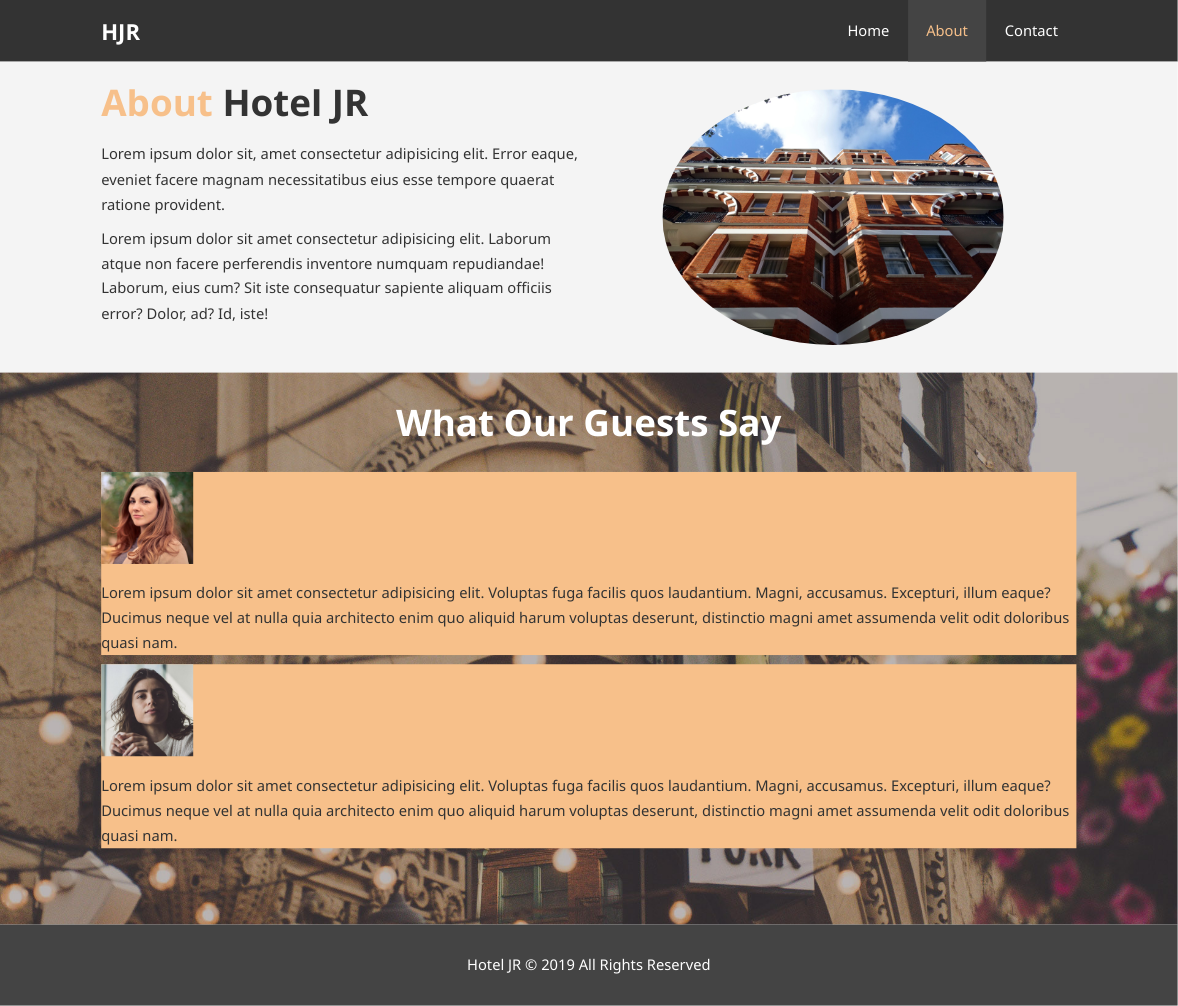
Repository: dimlutine/Hotel-Project
Page: about.html
These files come from the project's save history. The page is drawn as it stood at one moment and after the next save; the edit follows.
The browser window is 1280 px wide. The pictures show the whole page, at 92% of full size.

Above is the page before, as saved 2019-07-05 22:57:09.

### about.html
<!DOCTYPE html>
<html lang="en">

<head>
    <meta charset="UTF-8">
    <meta name="viewport" content="width=device-width, initial-scale=1.0">
    <meta http-equiv="X-UA-Compatible" content="ie=edge">
    <meta name="description" content="Welcome to the neatest hotel in Durham, North Carolina!">
    <meta name="keywords" content="hotel,durham hotel, north carolina hotel, rdu hotel">
    <link rel="stylesheet" href="css/style.css">
    <title>Hotel JR | About</title>
</head>

<body>
    <header>
        <nav id="navbar">
            <div class="container">
                <h1 class="logo"><a href="index.html">HJR</a></h1>
                <ul>
                    <li><a href="index.html">Home</a></li>
                    <li><a class="current" href="about.html">About</a></li>
                    <li><a href="contact.html">Contact</a></li>
                </ul>
            </div>

        </nav>

    </header>
    <section id="about-info" class="bg-light py-3">
        <div class="container">
            <div class="info-left">
                <h1 class="l-heading"><span class="text-primary">About</span> Hotel JR</h1>
                <p>Lorem ipsum dolor sit, amet consectetur adipisicing elit. Error eaque, eveniet facere magnam necessitatibus eius esse tempore quaerat ratione provident.</p>
                <p>Lorem ipsum dolor sit amet consectetur adipisicing elit. Laborum atque non facere perferendis inventore numquam repudiandae! Laborum, eius cum? Sit iste consequatur sapiente aliquam officiis error? Dolor, ad? Id, iste!</p>
            </div>
            <div class="info-right">
                <img src="./img/photo-2.jpg" alt="hotel">
            </div>
        </div>
    </section>
    <div class="clr"></div>
    <section id="testimonials" class="py-3">
        <div class="container">
            <h2 class="l-heading">What Our Guests Say</h2>
            <div class="testimonial bg-primary">
                <img src="./img/person-1.jpg" alt="Some Chick">
                <p>Lorem ipsum dolor sit amet consectetur adipisicing elit. Voluptas fuga facilis quos laudantium. Magni, accusamus. Excepturi, illum eaque? Ducimus neque vel at nulla quia architecto enim quo aliquid harum voluptas deserunt, distinctio magni
                    amet assumenda velit odit doloribus quasi nam.</p>

            </div>
            <div class="testimonial bg-primary">
                <img src="./img/person-2.jpg" alt="Some Other Chick">
                <p>Lorem ipsum dolor sit amet consectetur adipisicing elit. Voluptas fuga facilis quos laudantium. Magni, accusamus. Excepturi, illum eaque? Ducimus neque vel at nulla quia architecto enim quo aliquid harum voluptas deserunt, distinctio magni
                    amet assumenda velit odit doloribus quasi nam.</p>

            </div>
        </div>
    </section>
    <footer id="main-footer">
        <p>Hotel JR &copy; 2019 All Rights Reserved</p>
    </footer>
</body>

</html>

### css/style.css
* {
    padding: 0;
    margin: 0;
    box-sizing: border-box;
}

html,
body {
    font-family: 'Segoe UI', 'Segoe UI', Tahoma, Geneva, Verdana, sans-serif;
    line-height: 1.7em;
}

a {
    color: #333;
    text-decoration: none;
}

h1,
h2,
h3 {
    padding-bottom: 20px;
}

p {
    margin: 10px 0;
}


/* Utilities */

.container {
    margin: auto;
    max-width: 1100px;
    overflow: auto;
    padding: 0 20px;
}

.text-primary {
    color: #f7c08a;
}

.lead {
    font-size: 20px;
}

.btn {
    display: inline-block;
    font-size: 18px;
    color: #fff;
    background: #333;
    padding: 13px 20px;
    border: none;
    cursor: pointer;
}

.btn:hover {
    background: #f7c08a;
    color: #333;
}

.btn-light {
    background: #f4f4f4;
    color: #333;
}

.bg-dark {
    background: #333;
    color: #fff;
}

.bg-light {
    background: #f4f4f4;
    color: #333;
}

.bg-primary {
    background: #f7c08a;
    color: #333;
}

.clr {
    clear: both;
}

.l-heading {
    font-size: 40px;
}


/* Padding */

.py-1 {
    padding: 10px 0;
}

.py-2 {
    padding: 20px 0;
}

.py-3 {
    padding: 30px 0;
}

#navbar {
    background: #333;
    color: #fff;
    overflow: auto;
}

#navbar a {
    color: #fff;
}

#navbar h1 {
    float: left;
    padding-top: 20px;
}

#navbar ul {
    float: right;
    list-style: none;
}

#navbar ul li {
    float: left;
}

#navbar ul li a {
    display: block;
    padding: 20px;
    text-align: center;
}

#navbar ul li a:hover,
#navbar ul li a.current {
    background: #444;
    color: #f7c08a;
}


/* Showcase */

#showcase {
    background: url('../img/showcase.jpg') no-repeat center center/cover;
    height: 600px;
}

#showcase .showcase-content {
    color: #fff;
    text-align: center;
    padding-top: 170px;
}

#showcase .showcase-content h1 {
    font-size: 60px;
    line-height: 1.2em;
}

#showcase .showcase-content p {
    padding-bottom: 20px;
    line-height: 1.7em;
}


/* Home Info */

#home-info {
    height: 400px;
}

#home-info .info-img {
    float: left;
    width: 50%;
    background: url('../img/photo-1.jpg') no-repeat;
    min-height: 100%;
}

#home-info .info-content {
    float: right;
    width: 50%;
    height: 100%;
    text-align: center;
    padding: 50px 30px;
    overflow: hidden;
}

#home-info .info-content p {
    padding-bottom: 30px;
}


/*Features*/

.box {
    float: left;
    width: 33.3%;
    padding: 50px;
    text-align: center;
}

.box i {
    margin-bottom: 10px;
}


/* About Info*/

#about-info .info-right {
    float: right;
    width: 50%;
    min-height: 100%;
}

#about-info .info-right img {
    width: 70%;
    display: block;
    margin: auto;
    border-radius: 50%;
}

#about-info .info-left {
    float: left;
    width: 50%;
    min-height: 100%;
}


/* Testimonials */

#testimonials h2 {
    color: #fff;
    text-align: center;
    padding-bottom: 40px;
}

#testimonials {
    height: 600px;
    background: url('../img/test-bg.jpg') no-repeat center center/cover;
    padding-top: 40px;
}

#testimonials .testimonial img {
    width: 100px;
}


/* Footer */

#main-footer {
    text-align: center;
    background: #444;
    color: #fff;
    padding: 20px;
}

After the next save:
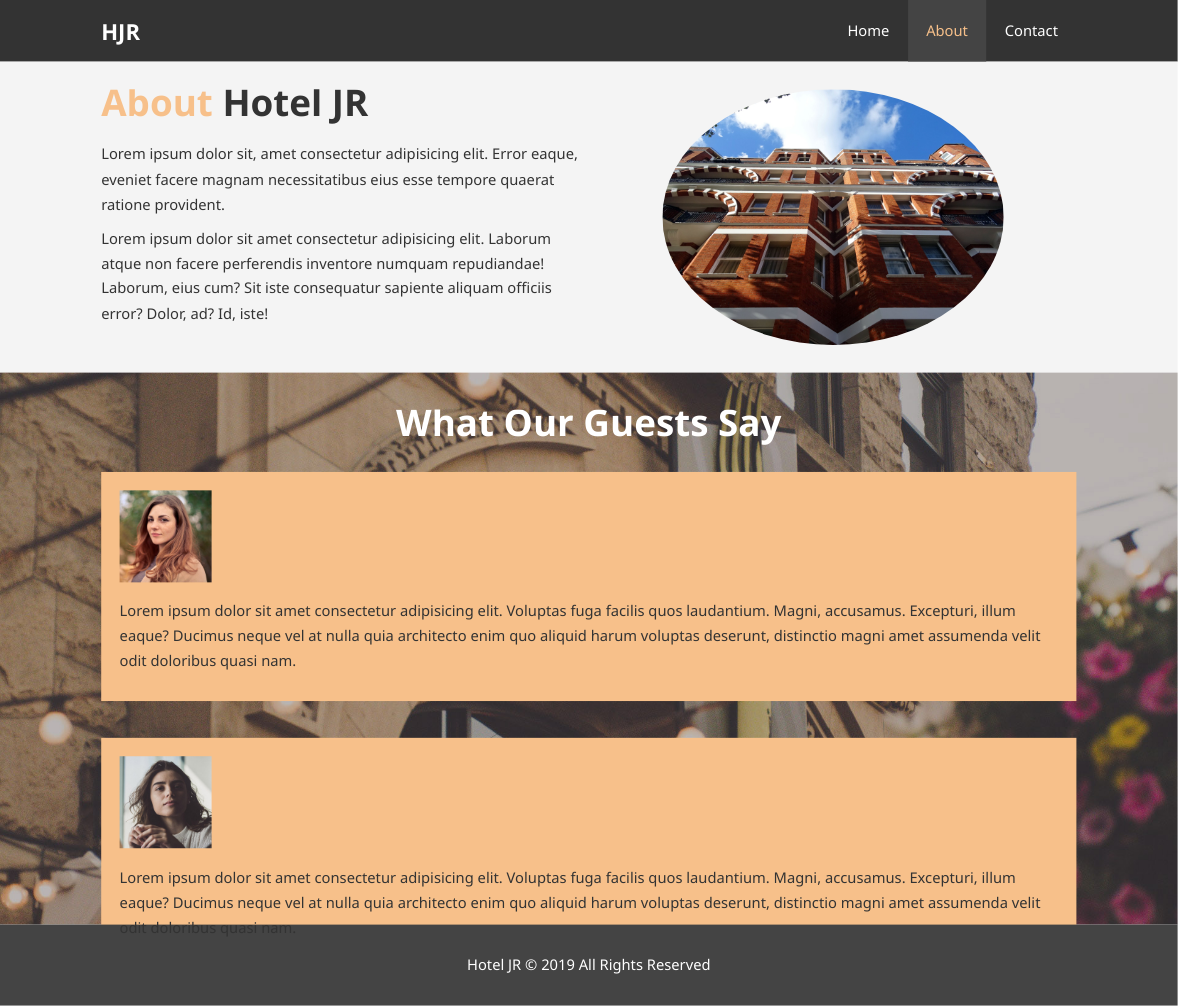
Saved 44 s later.
--- a/css/style.css
+++ b/css/style.css
@@ -239,6 +239,11 @@ p {
     padding-top: 40px;
 }
 
+#testimonials .testimonial {
+    padding: 20px;
+    margin-bottom: 40px;
+}
+
 #testimonials .testimonial img {
     width: 100px;
 }
